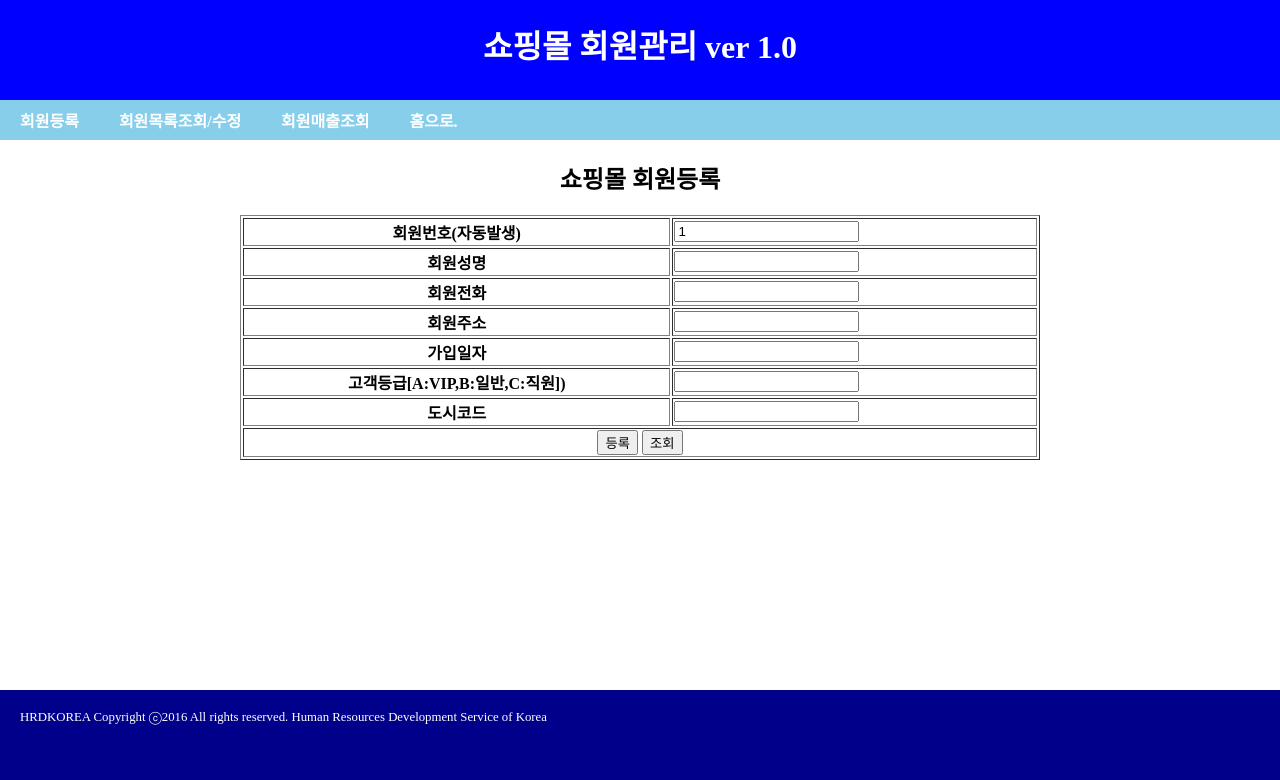
Repository: GotChun/DH_JSP
Page: http://localhost/HRD_1234/join.jsp
These files come from the project's save history. The page is drawn as it stood at one moment and after the next save; the edit follows.
The browser window is 1280 px wide. The pictures show the whole page.
The page is served by Tomcat 9. Other server files are loaded and not shown. Queries for data that is not in the repository find no rows.

Above is the page before, as saved 2024-10-25 00:43:42.

### hrdkorea/HRD_1234/src/main/webapp/join.jsp
<%@ page language="java" contentType="text/html; charset=UTF-8"
	pageEncoding="UTF-8"%>

<%@ page import="dto.*,utils.*,java.time.*"%>

<%
//DB 연결
MemberDbUtils.conn();
int maxCustno = MemberDbUtils.maxCustno();

//연결 제거
MemberDbUtils.rs.close();
MemberDbUtils.pstmt.close();
MemberDbUtils.conn.close();

LocalDateTime todayTime = LocalDateTime.now();
System.out.println(todayTime);

%>

<!DOCTYPE html>
<html>
<head>
<meta charset="UTF-8">
<title>Insert title here</title>
<style>
body {
	margin: 0;
	padding: 0;
}

section {
	height: calc(100vh - 170px);
}
</style>
</head>

<body>

	<div class="wrapper">
		<%@ include file="layout/header.jsp"%>
		<section>
			<form action="?" method="post" name="joinForm"
				onSubmit="return false">
				<table border="1" align="center" width="800px" background-color="pink";>
					<caption>
						<h2>쇼핑몰 회원등록</h2>
					</caption>

					<tr>
						<th>회원번호(자동발생)</th>
						<td><input type="text" name="custno" value="<%=maxCustno + 1%>" /></td>
					</tr>
					<tr>
						<th>회원성명</th>
						<td><input type="text" name="custname" /></td>
					</tr>
					<tr>
						<th>회원전화</th>
						<td><input type="text" name="phone" /></td>
					</tr>
					<tr>
						<th>회원주소</th>
						<td><input type="text" name="address" /></td>
					</tr>
					<tr>
						<th>가입일자</th>
						<td><input type="text" name="joindate" /></td>
					</tr>
					<tr>
						<th>고객등급[A:VIP,B:일반,C:직원])</th>
						<td><input type="text" name="grade" /></td>
					</tr>
					<tr>
						<th>도시코드</th>
						<td><input type="text" name="city" /></td>
					</tr>
					<tr>
						<td colspan=2 style="text-align:center;">
							<button onclick="reqJoin()">등록</button>
							<button>조회</button>
						</td>
					</tr>
				</table>
			</form>
		</section>


			<%@ include file="layout/footer.jsp"%>


	</div>

	<script>

		function reqJoin() {
			var form = document.joinForm;
			if (isValid(form))
				form.submit(); //알림 울려주는 메서드

		}

		function isValid(form) {

			if (form.custname.value.trim() == "") {
				alert("회원이 아닙니다");
				form.custname.focus();
				return false;
			}

			if (form.phone.value.trim() == "") {
				alert("전화번호가 입력되지 않았음.");
				form.phone.focus();
				return false;
			}
			if (form.address.value.trim() == "") {
				alert("주소가 입력되지 않았음.");
				form.address.focus();
				return false;
			}

			if (form.joindate.value.trim() == "") {
				alert("날짜가 입력되지 않았음.");
				form.joindate.focus();
				return false;
			}

			if (form.grade.value.trim() == "") {
				alert("등급이 입력되지 않았음.");
				form.grade.focus();
				return false;
			}
			if (form.city.value.trim() == "") {
				alert("도시가 입력되지 않았음.");
				form.city.focus();
				return false;
			}
			return true;
		}
	</script>


</body>
</html>

### hrdkorea/HRD_1234/src/main/webapp/layout/header.jsp
<%@ page language="java" contentType="text/html; charset=UTF-8"
	pageEncoding="UTF-8"%>
<style>
header {
	height: 100px;
	background-color: blue;
	color: white;
	display:flex;
	justify-content:center;
	text-align:center;
}
nav{height:40px;
	background-color:skyblue;}
nav>ul{
height:100%;
	list-style:none;margin:0;padding:0;
	display:flex;
	justify-content:left;
	align-items:center;}
nav>ul>li{padding:0 20px;}
nav>ul>li>a{
	display:block;
	text-decoration:none;
	color:white;
	font-weight:600;}

</style>


<header>
	<h1>쇼핑몰 회원관리 ver 1.0</h1>
</header>
<nav>
	<ul>
		<li><a href="">회원등록</a></li>
		<li><a href="">회원목록조회/수정</a></li>
		<li><a href="">회원매출조회</a></li>
		<li><a href="">홈으로.</a></li>
	</ul>
</nav>

### hrdkorea/HRD_1234/src/main/webapp/layout/footer.jsp
<%@ page language="java" contentType="text/html; charset=UTF-8"
    pageEncoding="UTF-8"%>
<style>
	footer{
		height:50px;
		padding:20px;
		background-color:darkblue;
		color:white;
		font-size:.8rem;
		}
</style>

    <footer>
    	HRDKOREA Copyright ⓒ2016 All rights reserved. Human Resources Development Service of Korea
    </footer>

### hrdkorea/HRD_1234/src/main/java/utils/MemberDbUtils.java
package utils;

import java.sql.Connection;
import java.sql.DriverManager;
import java.sql.PreparedStatement;
import java.sql.ResultSet;

public class MemberDbUtils {

	private static String url = "jdbc:oracle:thin:@//localhost:1521/xe";
	private static String id = "system";
	private static String pw = "1234";

	public static Connection conn;
	public static PreparedStatement pstmt; // 이런거 다 기본적으로 외우고 있어야함 ;; 인터넷이 안됨 시험장은
	public static ResultSet rs;

	public static void conn() throws Exception{
		Class.forName("oracle.jdbc.OracleDriver");
		 conn = DriverManager.getConnection(url,id,pw);
	}

	public static void insert() throws Exception{

	}

	public static void update() throws Exception{

	}

	public static void delete() throws Exception{

	}

//	public static List<Object> select() throws Exception{
//		return null;
//	}
//
//	public static List<Object> select(Object dto) throws Exception{
//		return null;
//	}

	public static int maxCustno() throws Exception{
		int maxCustno=0;
		pstmt=conn.prepareStatement("select max(custno) from member_tbl_02");
		rs = pstmt.executeQuery();
		if(rs!=null) {
			if(rs.next()) {
				maxCustno = rs.getInt(1);
			}
		}
		return maxCustno;
	}


}

After the next save:
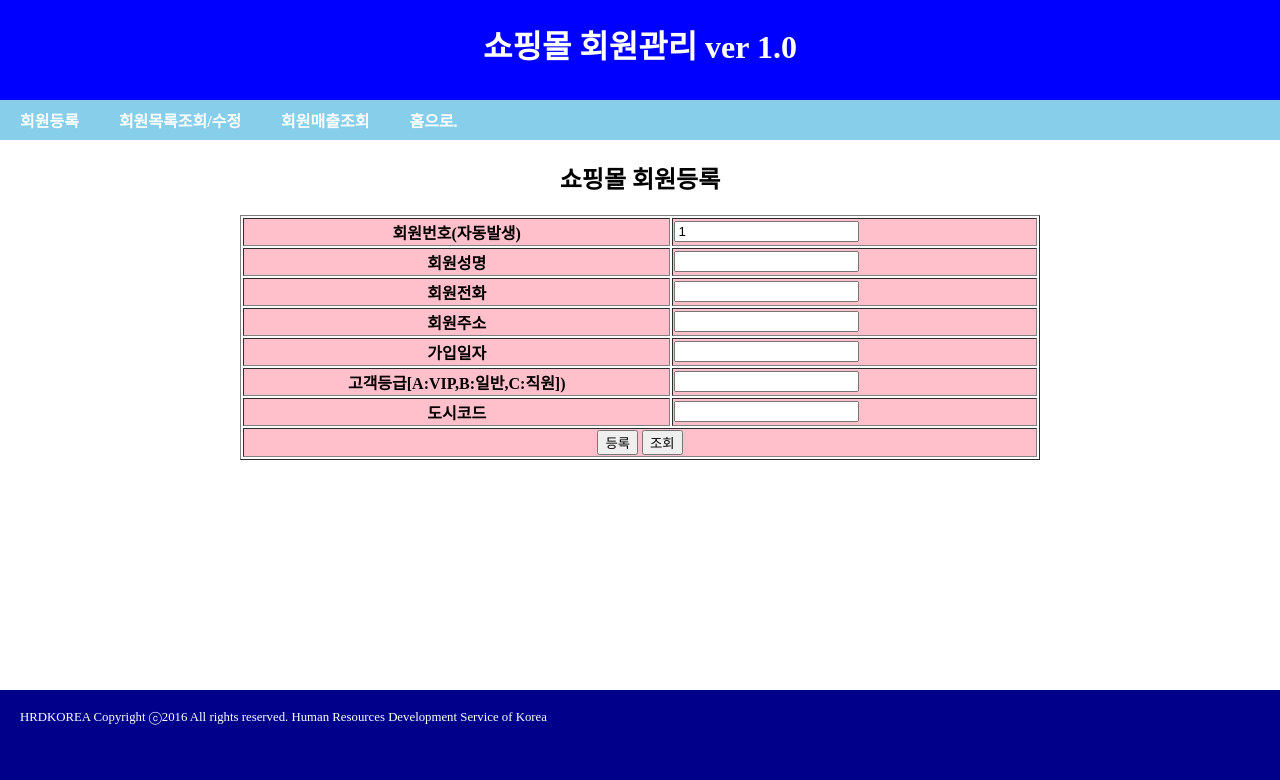
Saved 52 s later.
--- a/hrdkorea/HRD_1234/src/main/webapp/join.jsp
+++ b/hrdkorea/HRD_1234/src/main/webapp/join.jsp
@@ -32,6 +32,7 @@ body {
 section {
 	height: calc(100vh - 170px);
 }
+tr{background-color:pink;}
 </style>
 </head>
 
